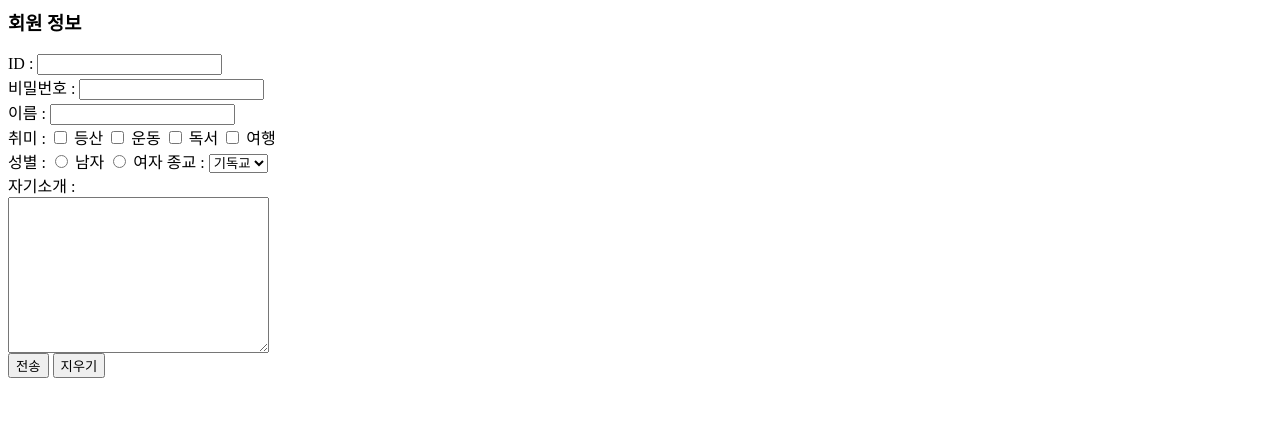
Repository: JungInBaek/Servlet-JSP
Page: edu/src/main/webapp/member.html
These files come from the project's save history. The page is drawn as it stood at one moment and after the next save; the edit follows.
The browser window is 1280 px wide. The pictures show the whole page.

Above is the page before, as saved 2021-07-29 08:09:11.

### edu/src/main/webapp/member.html
<html>
<head>
	<meta charset="utf-8">
	<title>Form Test</title>
</head>
<body>
	<h3>회원 정보</h3>
	<form action="queryTest" method="GET">
		ID : <input type="text" name="id" /><br/>
		비밀번호 : <input type="password" name="pwd" /><br/>
		이름 : <input type="text" name="name" /><br/>
		취미 :
			<input type="checkbox" name="hobby" value="climbing" /> 등산
			<input type="checkbox" name="hobby" value="sports" /> 운동
			<input type="checkbox" name="hobby" value="reading" /> 독서
			<input type="checkbox" name="hobby" value="traveling" /> 여행<br/>
		성별 :
			<input type="radio" name="gender" value="male" /> 남자
			<input type="radio" name="gender" value="female" /> 여자
		종교 :
			<select name="religion">
				<option value="Christianity"> 기독교
				<option value="Buddhism"> 불교
				<option value="Catholicism"> 천주교
				<option value="atheism"> 무교
			</select><br/>
		자기소개 :<br/>
			<textarea cols="30" rows="10" name="introduction"></textarea><br/>

		<input type="submit" value="전송" />
		<input type="reset" value="지우기" />
	</form>
</body>
</html>

After the next save:
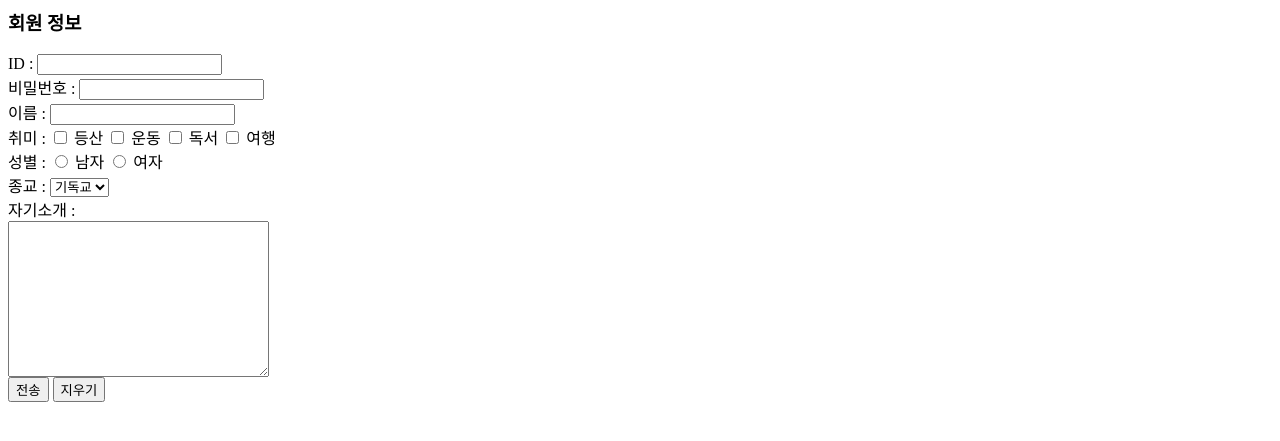
Saved 35 s later.
--- a/edu/src/main/webapp/member.html
+++ b/edu/src/main/webapp/member.html
@@ -16,7 +16,7 @@
 			<input type="checkbox" name="hobby" value="traveling" /> 여행<br/>
 		성별 :
 			<input type="radio" name="gender" value="male" /> 남자
-			<input type="radio" name="gender" value="female" /> 여자
+			<input type="radio" name="gender" value="female" /> 여자<br/>
 		종교 :
 			<select name="religion">
 				<option value="Christianity"> 기독교
